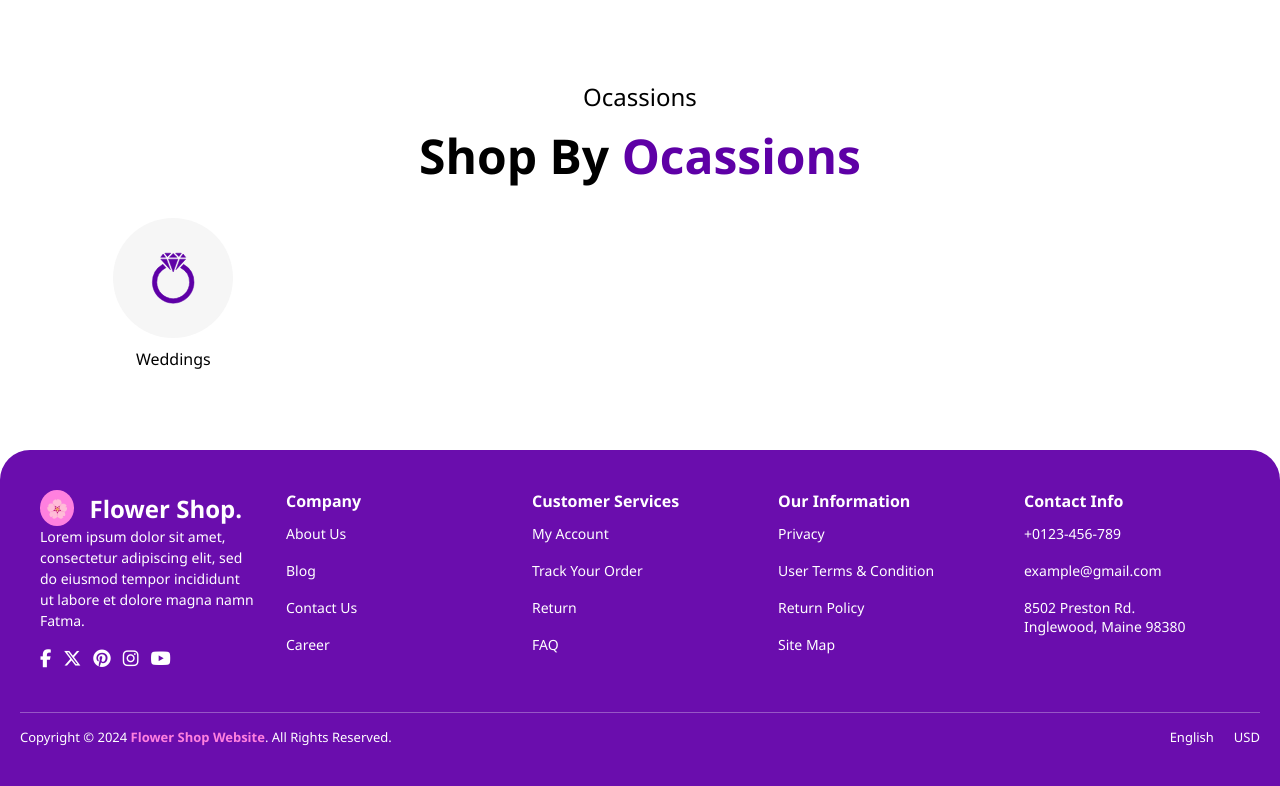
Repository: HabibaYossre/BellaFlora-Store
Page: / (app in client/)
These files come from the project's save history. The page is drawn as it stood at one moment and after a run of saves; the edit follows.
The browser window is 1280 px wide. The pictures show the part of the page from y = 719 to 1505 px (the page is 1505 px tall before and 1483 px after).
The project was rebuilt for these pictures with package versions that can differ from the ones it lists, and the page was loaded fresh each time. Also part of the build but not shown: client/src/components/registration/Login.js, client/src/components/registration/SignUp.js, client/src/components/home/Home.css, client/src/components/Subscribe/Subscribe.css, client/src/components/Subscribe/Subscribe.js, client/src/components/Marquee/Marquee.css, client/src/components/Marquee/Marquee.js, client/src/components/Shipping/Shipping.css and 34 more.

Above is the page before, as saved 2025-08-31 01:51:01.

After the next 2 saves:
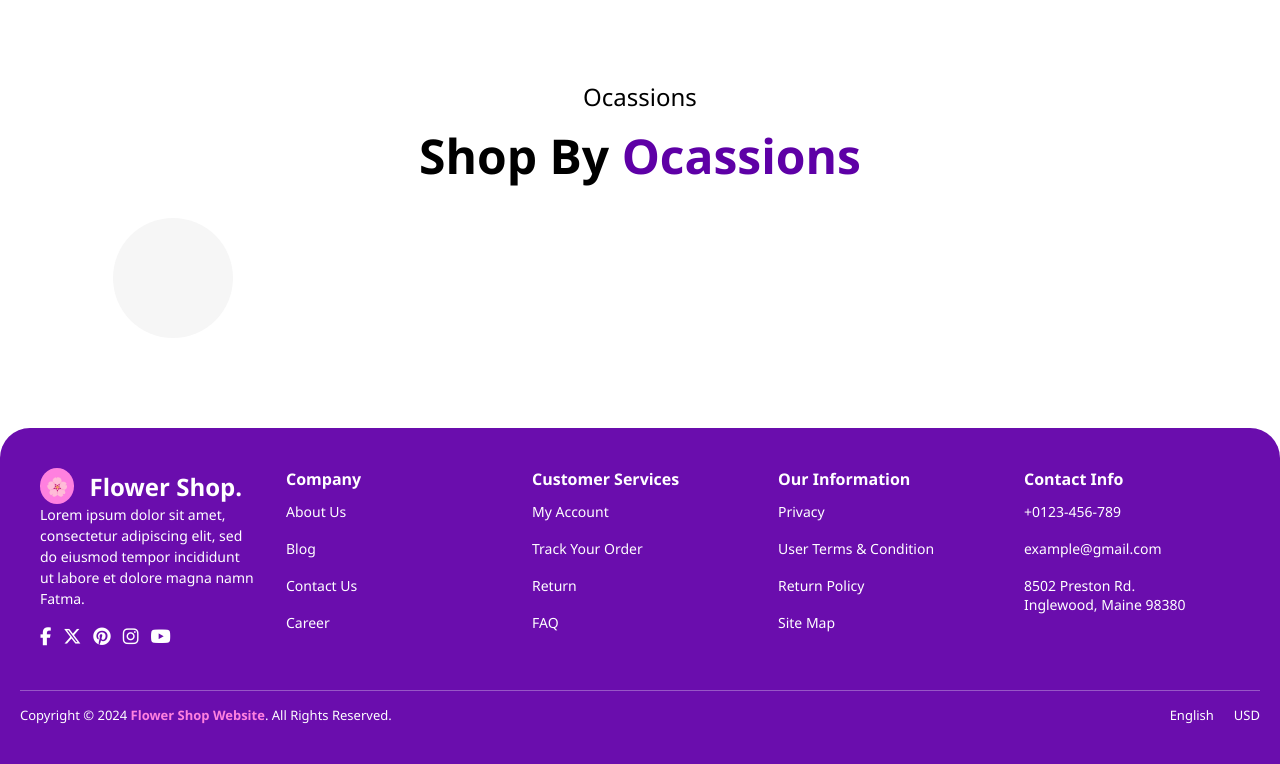
The 2 saves are shown as one change because they came seconds apart.
The last was saved 8 s later.
--- a/client/src/components/ui/Occassion.js
+++ b/client/src/components/ui/Occassion.js
@@ -5,9 +5,9 @@ import { GiBigDiamondRing } from "react-icons/gi";
   return (
      <div className="ocasssion">
             <div className="icon-container">
-                <GiBigDiamondRing />
+                {icon}
             </div>
-            <div className="ocasssion-name">Weddings</div>
+            <div className="ocasssion-name">{name}</div>
         </div>
   )
 }
